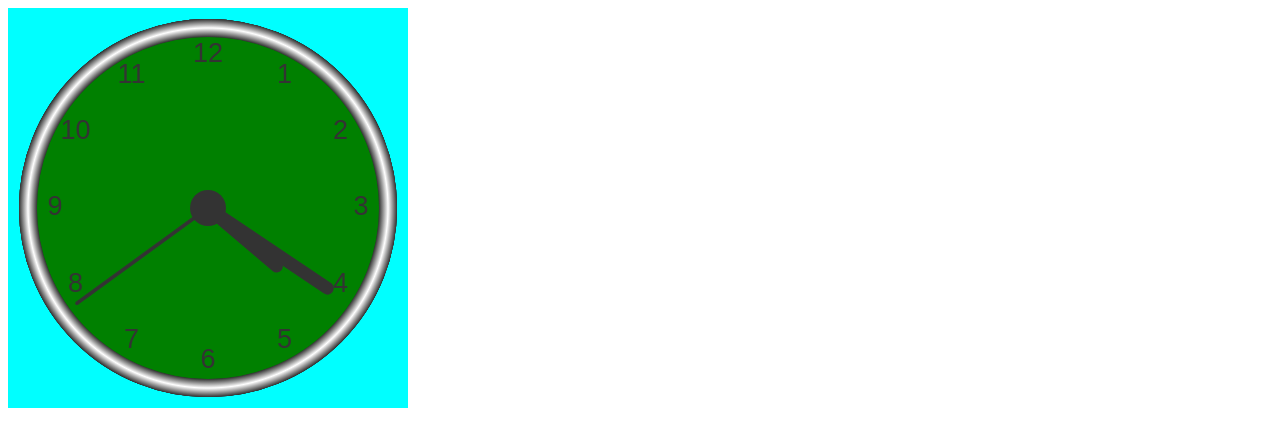
Repository: ManojAndroid/WellcomeToAndroidApp
Page: AddressBook_App/Canvas_Project/WebContent/Clock.html
These files come from the project's save history. The page is drawn as it stood at one moment and after the next save; the edit follows.
The browser window is 1280 px wide. The pictures show the whole page.

Above is the page before, as saved 2017-04-20 13:07:14.

### AddressBook_App/Canvas_Project/WebContent/Clock.html
<!DOCTYPE html>
<html>
<body>

<canvas id="canvas" width="400" height="400"
style="background-color:cyan">
</canvas>

<script>
var canvas = document.getElementById("canvas");
var ctx = canvas.getContext("2d");
var radius = canvas.height / 2;
ctx.translate(radius, radius);
radius = radius * 0.90
setInterval(drawClock, 1000);

function drawClock() {
  drawFace(ctx, radius);
  drawNumbers(ctx, radius);
  drawTime(ctx, radius);
}

function drawFace(ctx, radius) {
  var grad;
  ctx.beginPath();
  ctx.arc(0, 0, radius, 0, 2*Math.PI);
  ctx.fillStyle = 'green';
  ctx.fill();
  grad = ctx.createRadialGradient(0,0,radius*0.95, 0,0,radius*1.05);
  grad.addColorStop(0, '#333');
  grad.addColorStop(0.5, 'white');
  grad.addColorStop(1, '#333');
  ctx.strokeStyle = grad;
  ctx.lineWidth = radius*0.1;
  ctx.stroke();
  ctx.beginPath();
  ctx.arc(0, 0, radius*0.1, 0, 2*Math.PI);
  ctx.fillStyle = '#333';
  ctx.fill();
}

function drawNumbers(ctx, radius) {
  var ang;
  var num;
  ctx.font = radius*0.15 + "px arial";
  ctx.textBaseline="middle";
  ctx.textAlign="center";
  for(num = 1; num < 13; num++){
    ang = num * Math.PI / 6;
    ctx.rotate(ang);
    ctx.translate(0, -radius*0.85);
    ctx.rotate(-ang);
    ctx.fillText(num.toString(), 0, 0);
    ctx.rotate(ang);
    ctx.translate(0, radius*0.85);
    ctx.rotate(-ang);
  }
}

function drawTime(ctx, radius){
    var now = new Date();
    var hour = now.getHours();
    var minute = now.getMinutes();
    var second = now.getSeconds();
    //hour
    hour=hour%12;
    hour=(hour*Math.PI/6)+
    (minute*Math.PI/(6*60))+
    (second*Math.PI/(360*60));
    drawHand(ctx, hour, radius*0.5, radius*0.07);
    //minute
    minute=(minute*Math.PI/30)+(second*Math.PI/(30*60));
    drawHand(ctx, minute, radius*0.8, radius*0.07);
    // second
    second=(second*Math.PI/30);
    drawHand(ctx, second, radius*0.9, radius*0.02);
}

function drawHand(ctx, pos, length, width) {
    ctx.beginPath();
    ctx.lineWidth = width;
    ctx.lineCap = "round";
    ctx.moveTo(0,0);
    ctx.rotate(pos);
    ctx.lineTo(0, -length);
    ctx.stroke();
    ctx.rotate(-pos);
}
</script>

</body>
</html>

After the next save:
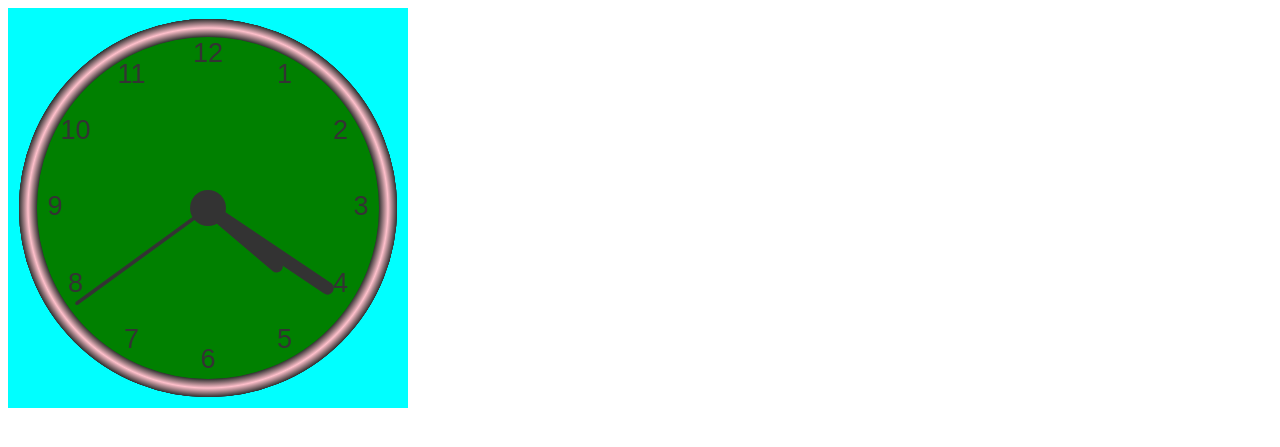
Saved 67 s later.
--- a/AddressBook_App/Canvas_Project/WebContent/Clock.html
+++ b/AddressBook_App/Canvas_Project/WebContent/Clock.html
@@ -28,7 +28,7 @@ function drawFace(ctx, radius) {
   ctx.fill();
   grad = ctx.createRadialGradient(0,0,radius*0.95, 0,0,radius*1.05);
   grad.addColorStop(0, '#333');
-  grad.addColorStop(0.5, 'white');
+  grad.addColorStop(0.5, 'pink');
   grad.addColorStop(1, '#333');
   ctx.strokeStyle = grad;
   ctx.lineWidth = radius*0.1;
